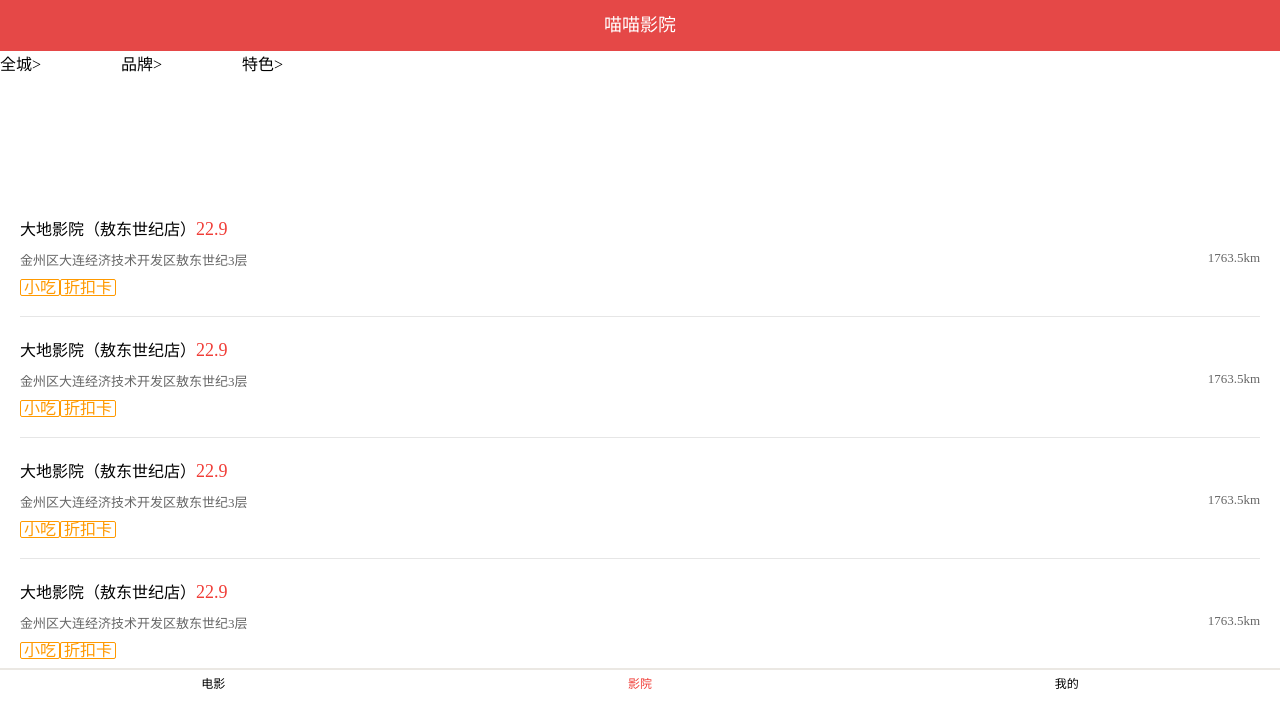
Repository: X-J-0/miaomiao_film
Page: /cinema (app in miaomiao/)
These files come from the project's save history. The page is drawn as it stood at one moment and after the next save; the edit follows.
The browser window is 1280 px wide. The pictures show the whole page.
The project was rebuilt for these pictures with package versions that can differ from the ones it lists, and the page was loaded fresh each time. Also part of the build but not shown: miaomiao/src/components/Allocate/index.vue. Imported but missing from the stored project, and not drawn on this page: miaomiao/src/components/Brand, miaomiao/src/components/Special.

Above is the page before, as saved 2020-03-24 19:41:29.

After the next save:
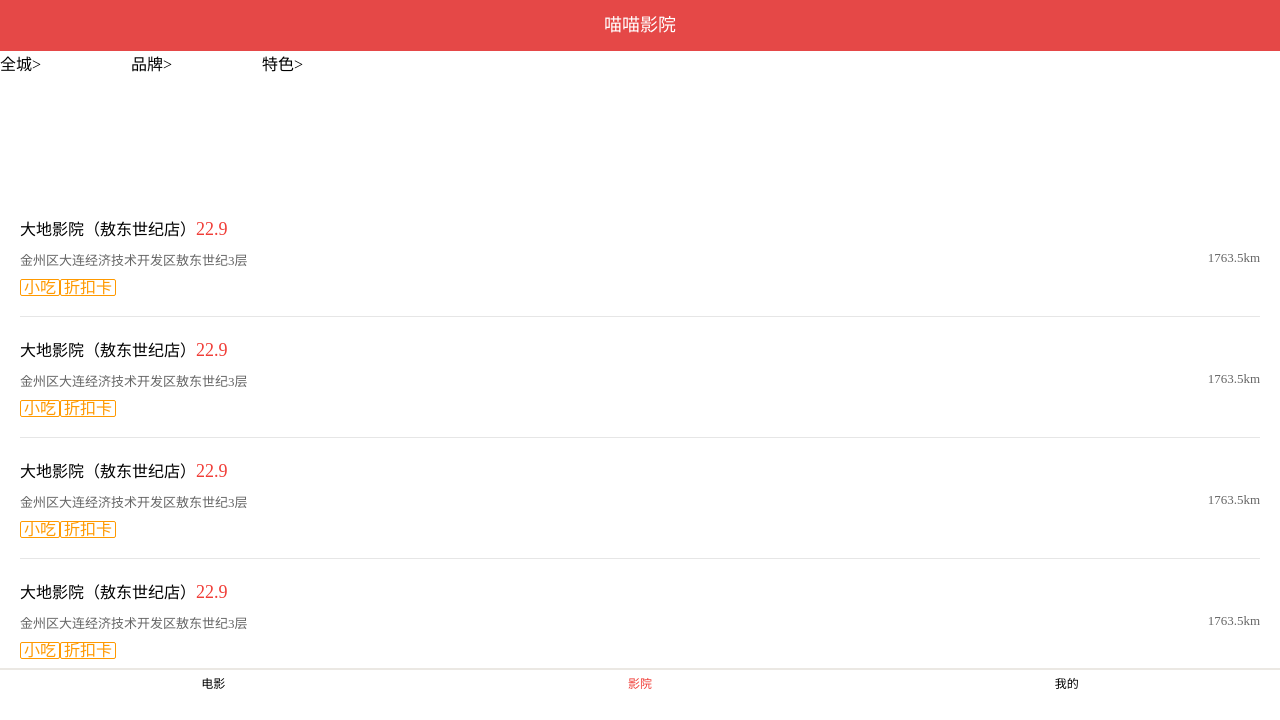
Saved 6 s later.
--- a/miaomiao/src/views/Cinema/index.vue
+++ b/miaomiao/src/views/Cinema/index.vue
@@ -41,7 +41,7 @@ export default {
 
 <style scoped>
 .cinema_menu li{
-  margin-right:80px;
+  margin-right:90px;
   float:left;
 }
 </style>
